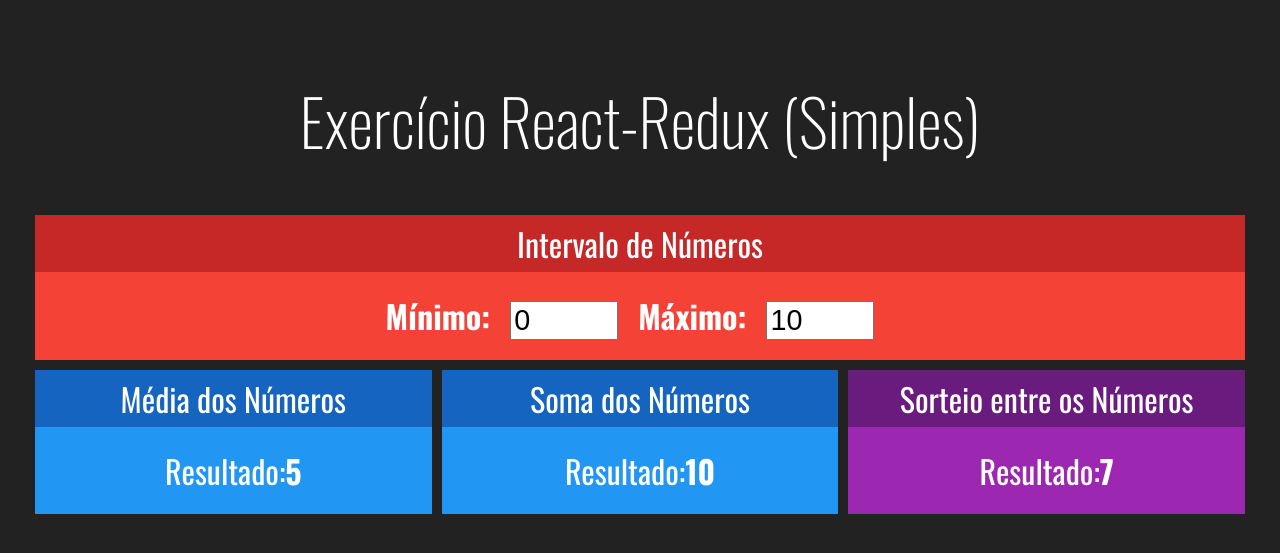
Repository: WellysonP/testando-react-redux
Page: /
The author's editor kept a copy of each file at every save. The page is drawn from the files as they stood at one save, then again after the next save.
The browser window is 1280 px wide. The pictures show the whole page.
The project was rebuilt for these pictures with package versions that can differ from the ones it lists, and the page was loaded fresh each time.

Above is the page before, as saved 2023-01-12 18:06:53.

After the next save:
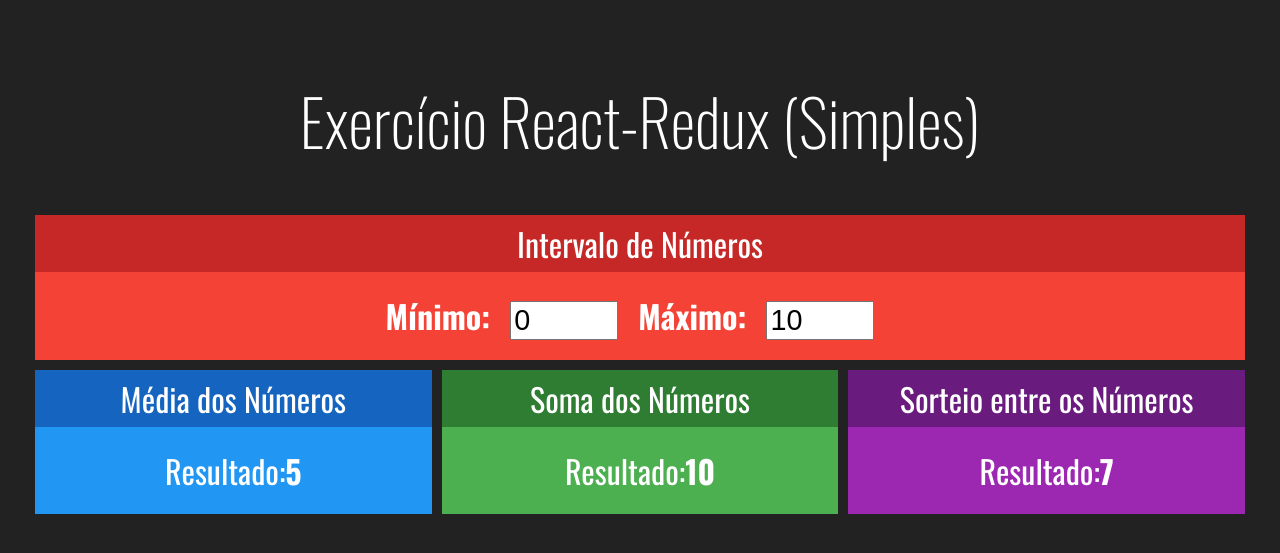
Saved 6 s later.
--- a/src/components/Soma.jsx
+++ b/src/components/Soma.jsx
@@ -2,7 +2,7 @@ import Card from "./Card"
 
 export default props => {
     return (
-        <Card title="Soma dos Números" blue>
+        <Card title="Soma dos Números" green>
             <div>
                 <span>
                     <span>Resultado:</span>
